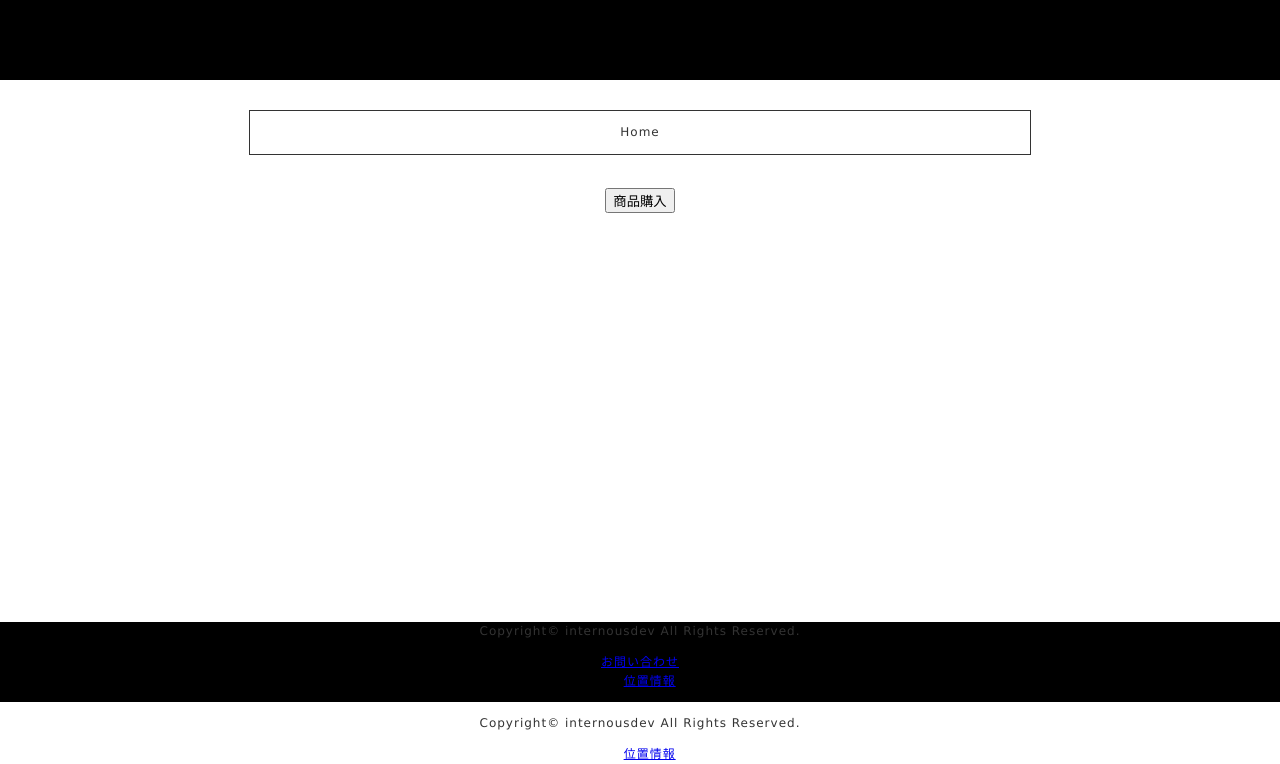
Repository: kanav0208/test
Page: http://localhost/ecsite/
An editor plug-in stored every save of this project. The page is shown before and after the next save, followed by the edit.
The browser window is 1280 px wide. The pictures show the whole page.
The page is served by Tomcat 9. Other server files are loaded and not shown.

Above is the page before, as saved 2018-02-20 08:51:24.

### ecsite/WebContent/home.jsp
<%@ page language="java" contentType="text/html; charset=UTF-8"
    pageEncoding="UTF-8"%>
<%@ taglib prefix="s" uri="/struts-tags"%>

<!DOCTYPE html>
<html>
<head>
	<meta charset="utf-8">
	<meta http-equiv="Content-Type" content="text/html; charset=utf-8" />
	<meta http-equiv="Content-Style-Type" content="text/css" />
	<meta http-equiv="Content-Script-Type" content="text/javascript" />
	<meta http-equiv="imagetoolbar" content="no" />
	<meta name="description" content="" />
	<meta name="keywords" content="" />
	<title>Home画面</title>
	<style type="text/css">
		body {
		   margin:0;
		   padding:0;
		   line-height:1.6;
		   letter-spacing:1px;
		   font-family:Verdana, Helvetica, sans-serif;
		   font-size:12px;
		   color:#333;
		   background:#fff;
		}

		table {

			margin:0 auto;
		}

		/* ========TEMPLATE LAYOUT======== */
		#top {
		   width:780px;
		   margin:30px auto;
		   border:1px solid #333;
		}

		#header {
		   width: 100%;
		   height: 80px;
		   background-color: black;
		}

		#main {
		   width: 100%;
		   height: 500px;
		   text-align: center;
		}

		#footer {
		clear:left;
			width: 100%;
			height: 80px;
			background-color: black;
			clear:both;
			text-align:center;
		}

		#text-center {
			display: inline-block;
			text-align: center;
		}
	</style>
</head>
<body>
	<div id="header">
	 	<div id="pr">
		</div>
	</div>
	<div id="main">
		<div id="top">
			<p>Home</p>
		</div>

		<div id="text-center">
			<s:form action="HomeAction">
				<s:submit value="商品購入"/>
			</s:form>
			<s:if test="#session.id != null">
				<p>ログアウトする場合は<a href='<s:url action="LogoutAction" />'>こちら</a></p>
			</s:if>
		</div>
	</div>
	 	<div id="pr">
	 	<div id="footer">
	 	<div id="footer">
		<p>Copyright© internousdev All Rights Reserved.</p>
		<div class="footer_menu">
			<div class="footer_menu_1">
				<s:form method="post">
					<a href="ContactAction">お問い合わせ</a>
				</s:form>
			</div>
			<div class="footer_menu_2">
				&nbsp;&nbsp;&nbsp;&nbsp;<a
					href="https://www.google.co.jp/maps/place/インターノウス">位置情報</a>
			</div>
		</div>
	</div>
		<p>Copyright© internousdev All Rights Reserved.</p>
			<div class="footer_menu_2">
				&nbsp;&nbsp;&nbsp;&nbsp;<a
					href="https://www.google.co.jp/maps/place/インターノウス">位置情報</a>
			</div>
		</div>
	</div>
</body>
</html>

After the next save:
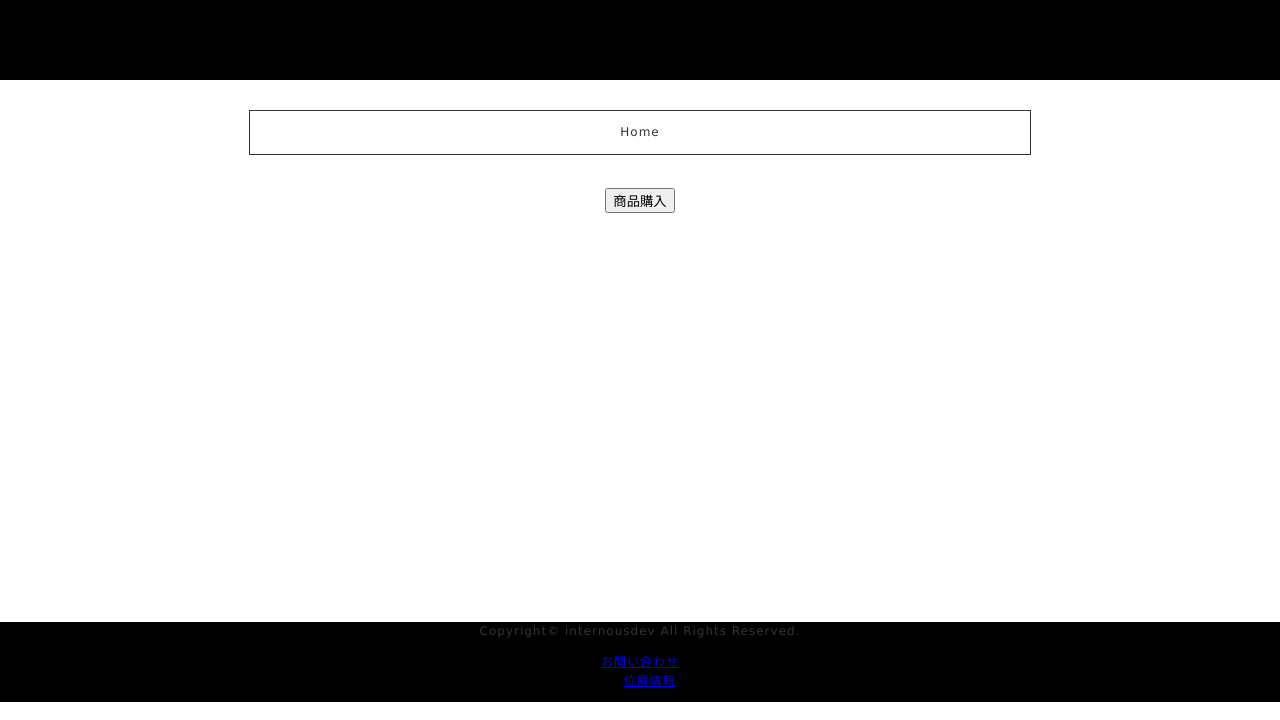
Saved 48 s later.
--- a/ecsite/WebContent/home.jsp
+++ b/ecsite/WebContent/home.jsp
@@ -99,10 +99,6 @@
 			</div>
 		</div>
 	</div>
-		<p>Copyright© internousdev All Rights Reserved.</p>
-			<div class="footer_menu_2">
-				&nbsp;&nbsp;&nbsp;&nbsp;<a
-					href="https://www.google.co.jp/maps/place/インターノウス">位置情報</a>
 			</div>
 		</div>
 	</div>
